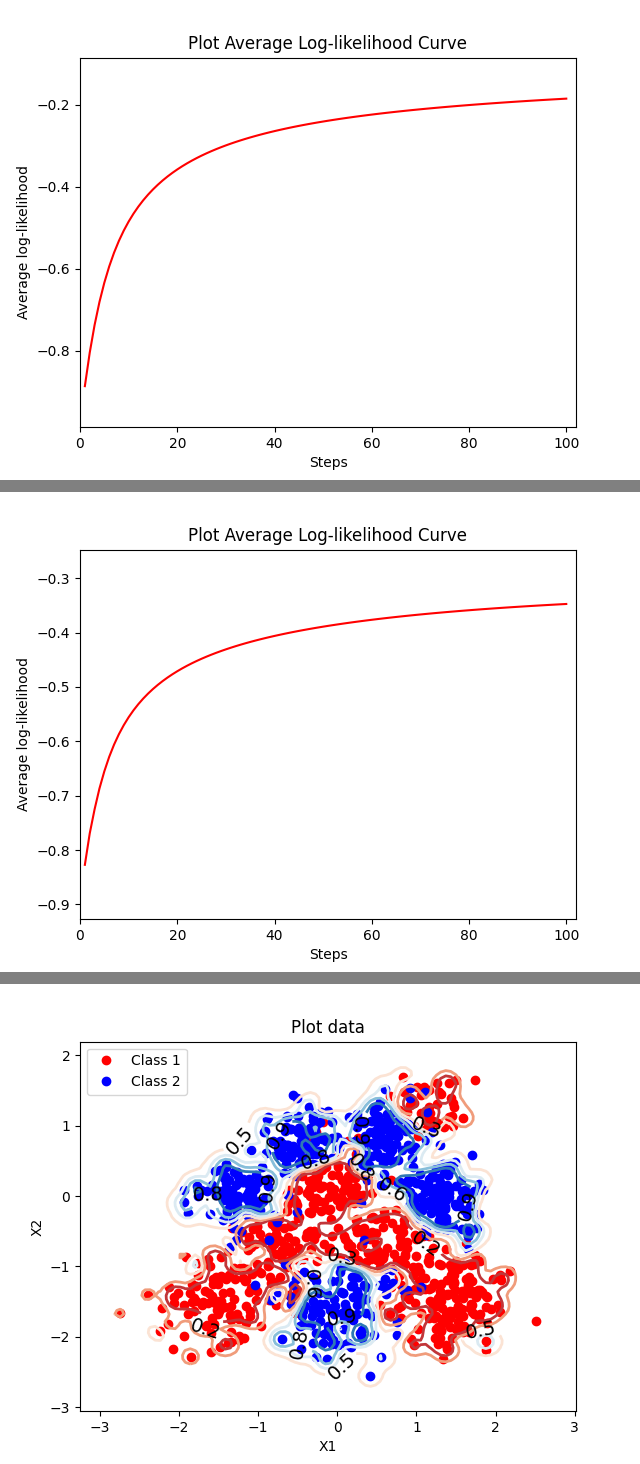
Repository: DhruvTrehan03/3F8
Script's output: python Lab.py
An editor plug-in stored every save of this project. The script's output is shown before and after the next save, followed by the edit.
Each picture stacks the figures in order, with grey between them; figures that are only written to a file come last. Random numbers start from a fixed seed.

Above is the script's output before, as saved 2024-02-16 12:55:05.

After the next save:
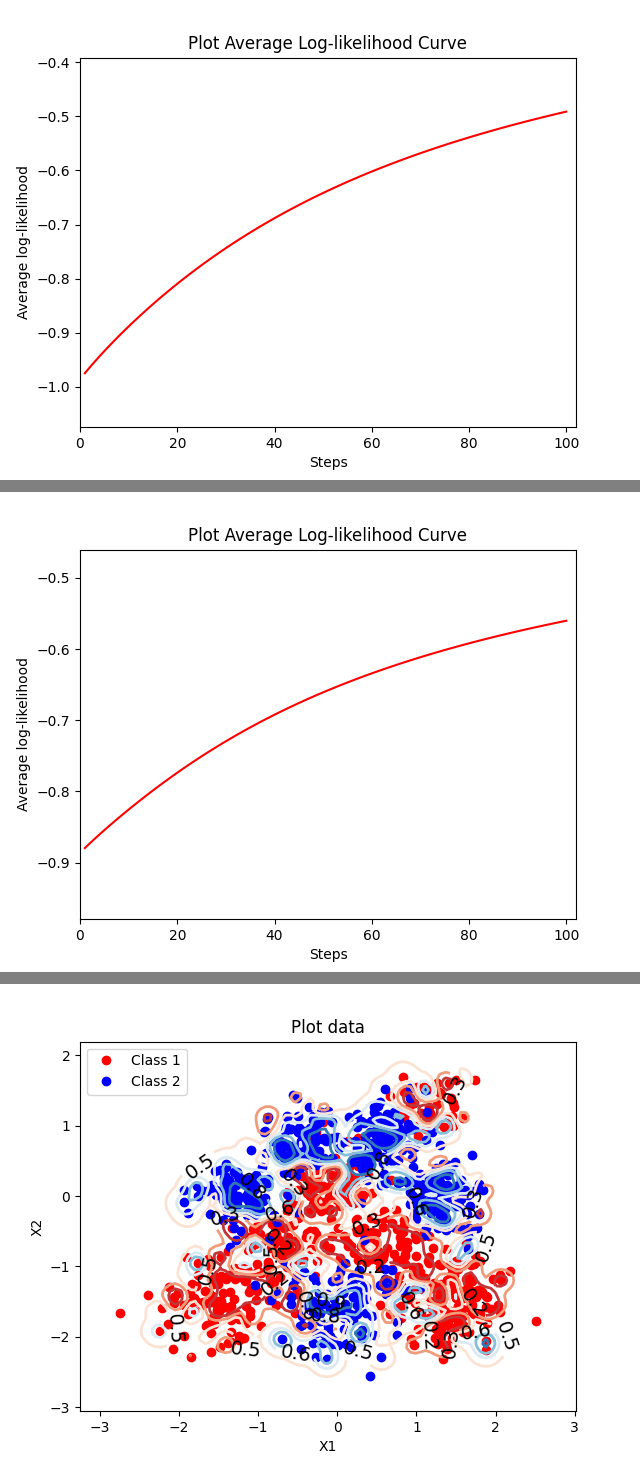
Saved 16 s later.
--- a/Lab.py
+++ b/Lab.py
@@ -131,7 +131,7 @@ X_tilde_test = get_x_tilde(evaluate_basis_functions(l, X_test, X_train))
 
 # We train the new classifier on the feature expanded inputs
 
-alpha = 0.01 # Learning rate for gradient-based optimisation with basis functions. To be completed by the student
+alpha = 0.001 # Learning rate for gradient-based optimisation with basis functions. To be completed by the student
 n_steps = 100 # Number of steps of gradient-based optimisation with basis functions. To be completed by the student
 
 w, ll_train, ll_test = fit_w(X_tilde_train, y_train, X_tilde_test, y_test, n_steps, alpha)
